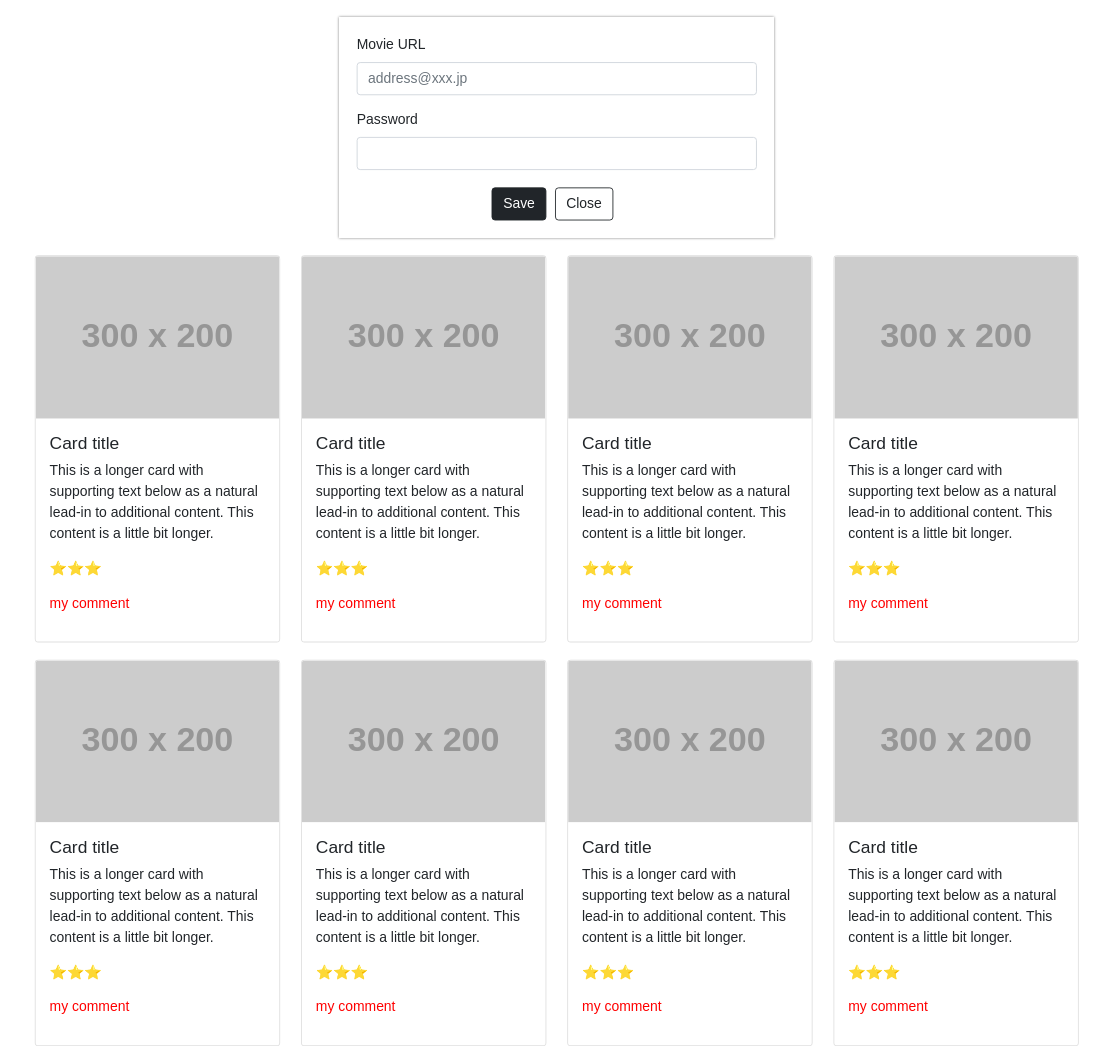
Repository: sinayaka-body/sparta
Page: frontend/test2.html
The author's editor kept a copy of each file at every save. The page is drawn from the files as they stood at one save, then again after the next save.
The browser window is 1280 px wide. The pictures show the part of the page from y = 250 to 1473 px (the page is 1473 px tall), at 87% of full size.
Some web fonts or font styles are not loaded; a fallback is used.

Above is the page before, as saved 2023-04-15 17:10:34.

After the next save:
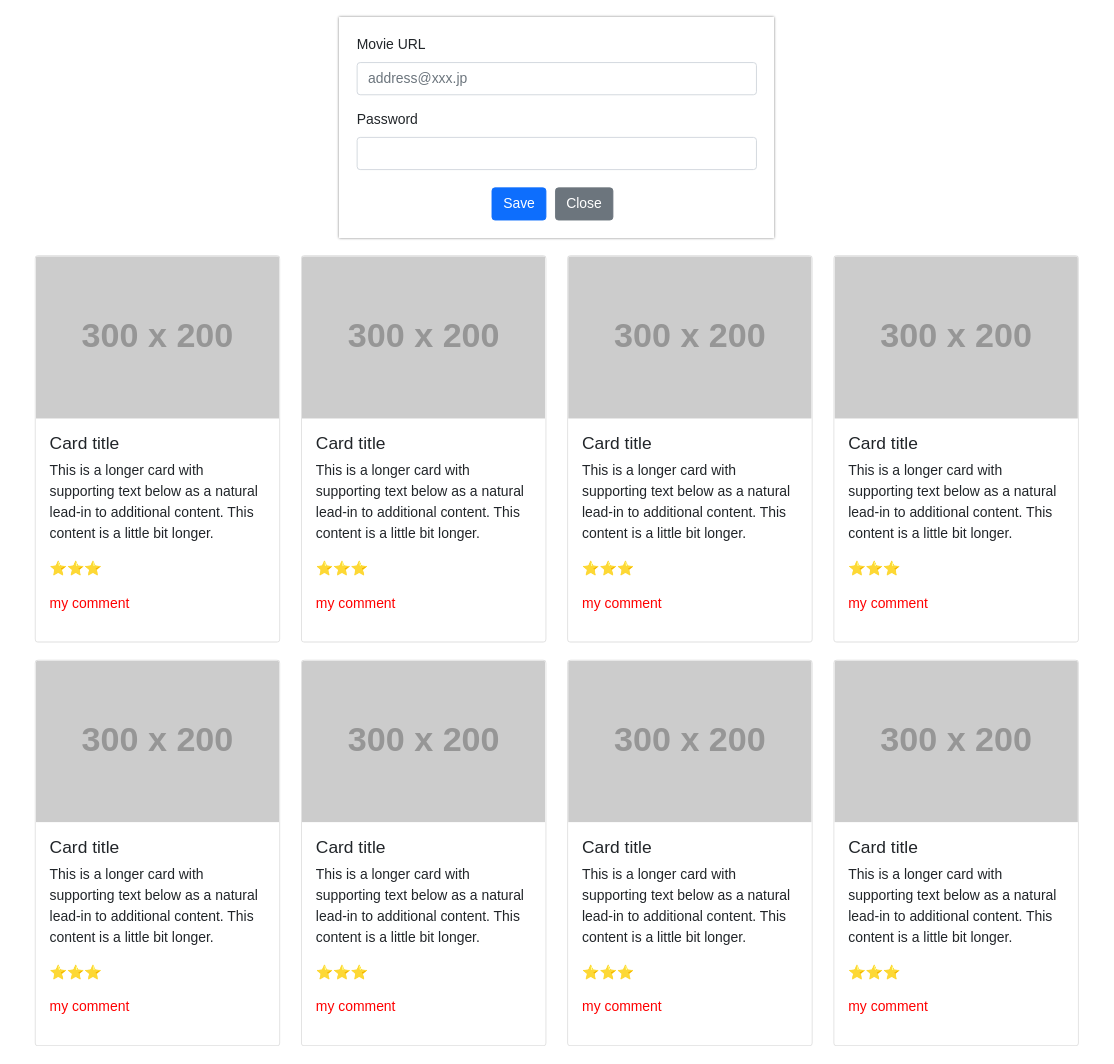
Saved 5 min 54 s later.
--- a/frontend/test2.html
+++ b/frontend/test2.html
@@ -99,8 +99,8 @@
           <input type="password" class="form-control" id="exampleInputPassword1" />
         </div>
         <div class="mybtns">
-          <button type="button" class="btn btn-dark">Save</button>
-          <button type="button" class="btn btn-outline-dark">Close</button>
+          <button type="button" class="btn btn-primary">Save</button>
+          <button type="button" class="btn btn-secondary">Close</button>
         </div>
       </form>
     </div>
